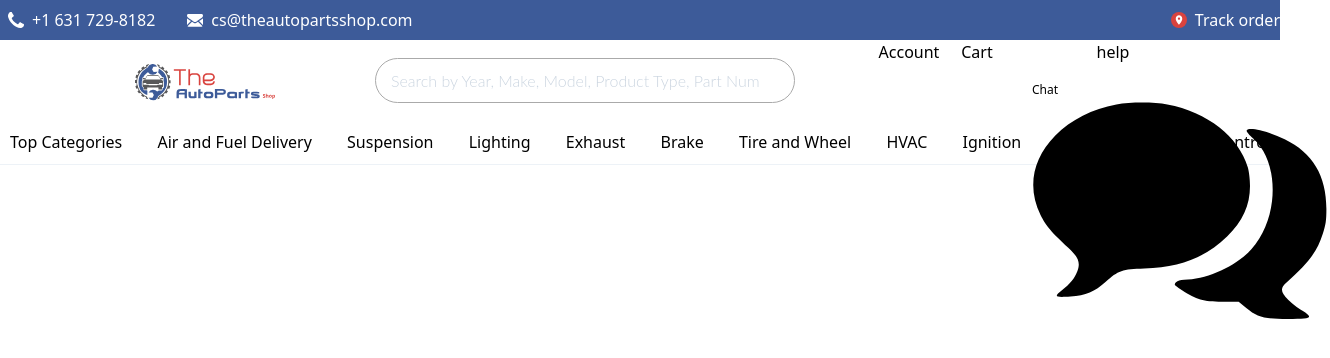
Repository: robindhimanspineor/TAPS-Next
Page: /
The author's editor kept a copy of each file at every save. The page is drawn from the files as they stood at one save, then again after the next save.
The browser window is 1280 px wide. The page is 1330 px wide, then 1280 px, so the pictures cover 1330 px, including what lies to the right of the window. The pictures show the whole page.
The project was rebuilt for these pictures with package versions that can differ from the ones it lists, and the page was loaded fresh each time. The framework's server and built-in components were replaced by stand-ins that run in the browser. Also part of the build but not shown: next.config.js.

Above is the page before, as saved 2021-09-16 17:56:31.

After the next save:
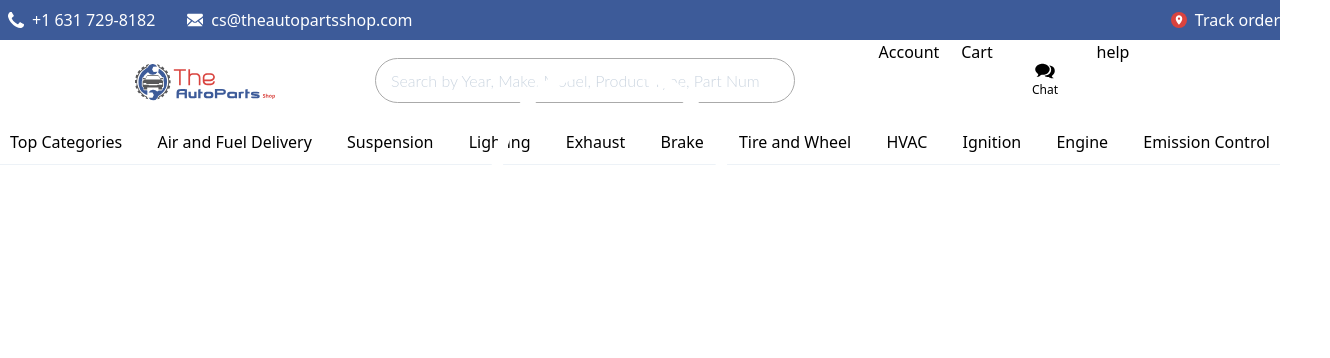
Saved 27 s later.
--- a/src/styles/main.css
+++ b/src/styles/main.css
@@ -147,3 +147,8 @@ ul li {
 .cart-buttons ul li div.wrap span.icon_label {
   font-size: 12px !important;
 }
+
+svg {
+  width: 100%;
+  height: 100%;
+}
